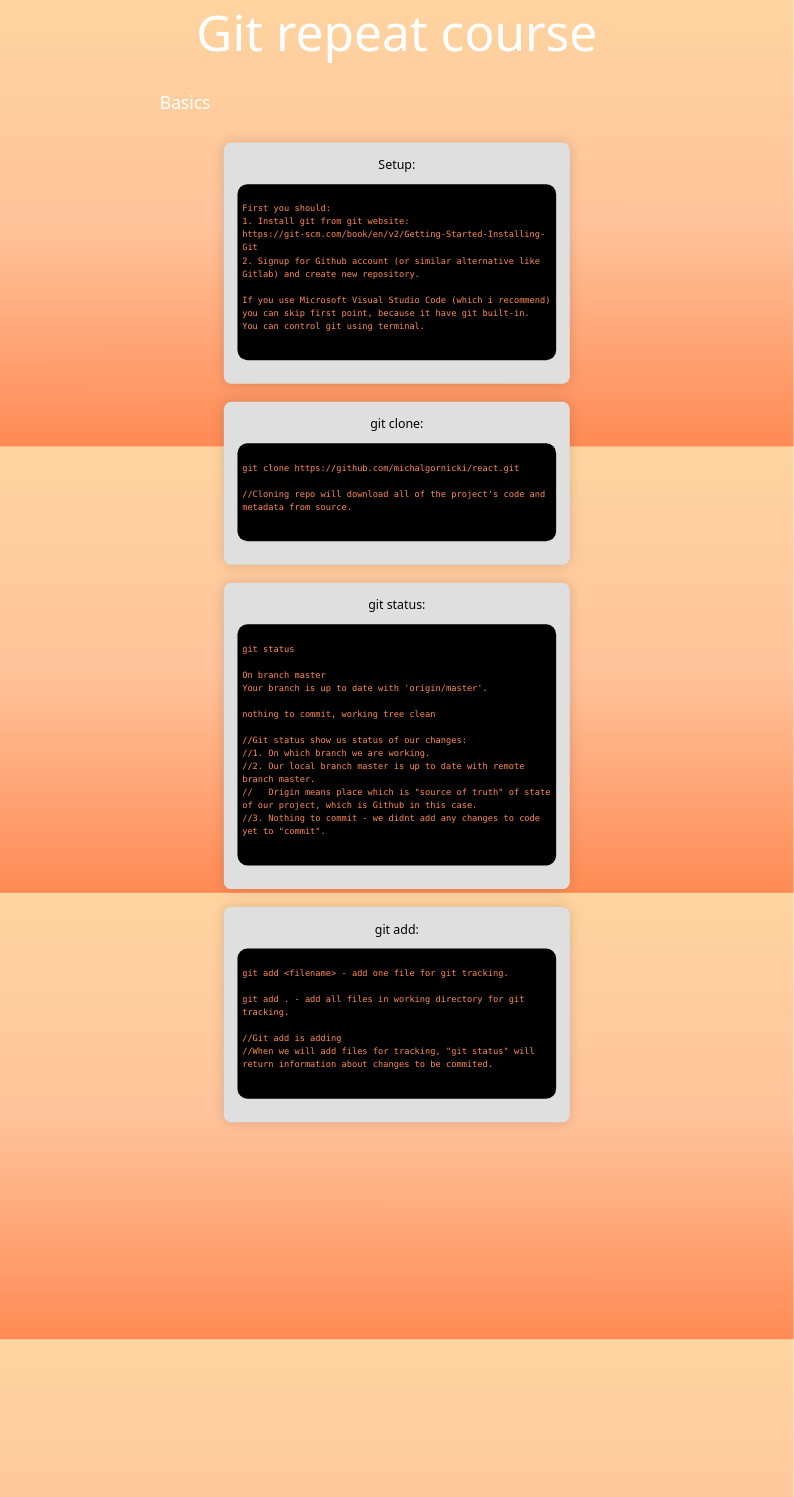
Repository: michalgornicki/git
Page: /
An editor plug-in stored every save of this project. The page is shown before and after a run of saves, followed by the edit.
The browser window is 1280 px wide. The pictures show the whole page, at 62% of full size.
Backgrounds fixed to the window are drawn as part of the page. The project was rebuilt for these pictures with package versions that can differ from the ones it lists, and the page was loaded fresh each time. Imported but missing from the stored project, and not drawn on this page: src/components/DOM manipulation.jsx, src/components/async.jsx, src/components/loops.jsx, src/components/numbers.jsx, src/components/variables.jsx, src/components/window.jsx.

Above is the page before, as saved 2022-02-10 08:17:25.

After the next 4 saves:
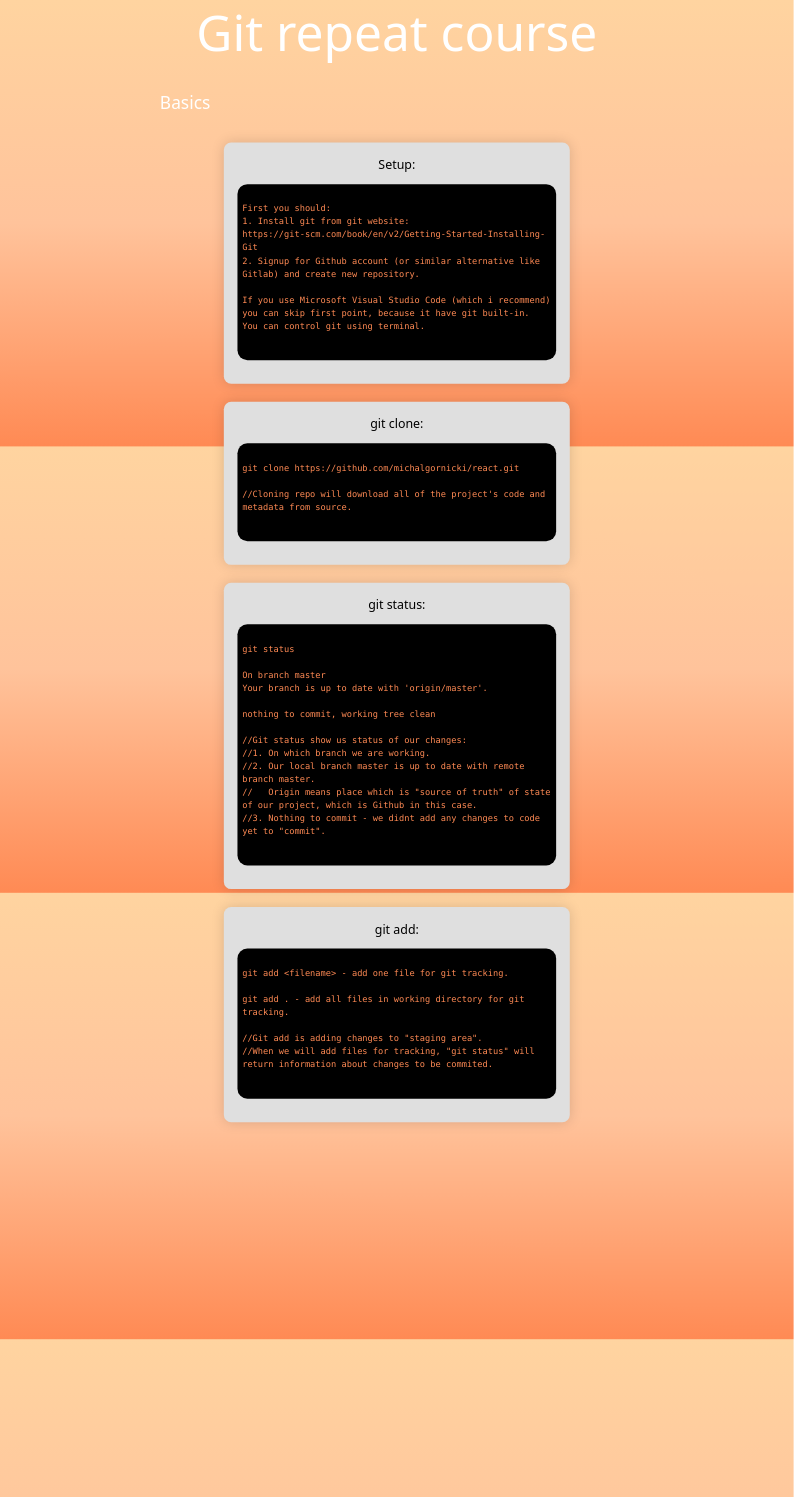
The 4 saves are shown as one change because they came seconds apart.
The last was saved 19 s later.
--- a/src/components/arrays.jsx
+++ b/src/components/arrays.jsx
@@ -58,7 +58,7 @@
 
 git add . - add all files in working directory for git tracking.
 
-//Git add is adding
+//Git add is adding changes to "staging area".
 //When we will add files for tracking, "git status" will return information about changes to be commited.
           `}</pre>
           </div>
